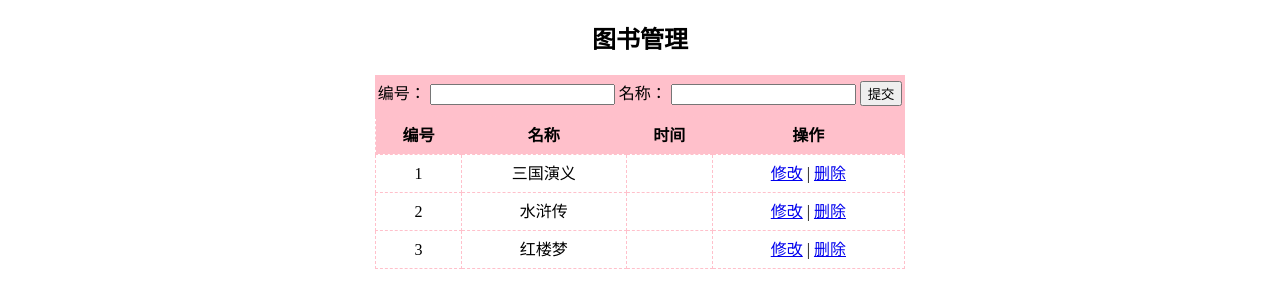
Repository: wjiawei97/FrontEndExercises
Page: 8. book_manegement/index.html
The author's editor kept a copy of each file at every save. The page is drawn from the files as they stood at one save, then again after the next save.
The browser window is 1280 px wide. The pictures show the whole page.

Above is the page before, as saved 2021-08-23 04:58:31.

### 8. book_manegement/index.html
<!DOCTYPE html>
<html lang="en">

<head>
    <meta charset="UTF-8">
    <meta http-equiv="X-UA-Compatible" content="IE=edge">
    <meta name="viewport" content="width=device-width, initial-scale=1.0">
    <title>Document</title>
    <style>
        .grid {
            margin: 0 auto;
            width: 530px;
            text-align: center;
        }

        .grid table {
            width: 100%;
            border-collapse: collapse;
        }

        .grid th {
            background-color: pink;
        }

        .grid th,
        td {
            border: 1px dashed pink;
            height: 35px;
            line-height: 35px;
        }

        .grid .book {
            background-color: pink;
            padding: 5px 0 10px;
        }
    </style>
</head>

<body>
    <div id="app">
        <div class="grid">
            <div>
                <h2>图书管理</h2>
                <div class="book">
                    <label for="id">编号：</label>
                    <input type="text" id="id" v-model='id' :disabled="idFlag" v-focus>
                    <label for="name">名称：</label>
                    <input type="text" id="name" v-model='name'>
                    <button @click='handle'>提交</button>
                </div>
            </div>
            <table>
                <thead>
                    <tr>
                        <th>编号</th>
                        <th>名称</th>
                        <th>时间</th>
                        <th>操作</th>
                    </tr>
                </thead>
                <tbody>
                    <tr :key="item.id" v-for='(item,index) in books'>
                        <td>{{item.id}}</td>
                        <td>{{item.name}}</td>
                        <td>{{item.date}}</td>
                        <td>
                            <a href="#" @click.prevent='toEdit(item.id)'>修改</a>
                            <span>|</span>
                            <a href="#" @click.prevent='toDelete(item.id)'>删除</a>
                        </td>
                    </tr>
                </tbody>
            </table>
        </div>
    </div>
    <script src="https://cdn.jsdelivr.net/npm/vue@2.6.14/dist/vue.js"></script>
    <script>
        //常用特性：自定义指令
        Vue.directive('focus',{
            inserted:function(el){
                el.foucs()
            }
        })
        var vm = new Vue({
            el: '#app',
            data: {
                id: '',
                name: '',
                idFlag: false,
                books: [{
                    id: 1,
                    name: '三国演义',
                    date: ''
                }, {
                    id: 2,
                    name: '水浒传',
                    date: ''
                }, {
                    id: 3,
                    name: '红楼梦',
                    date: ''
                }]
            },
            methods: {
                handle: function () {
                    if (this.idFlag) {
                        //禁用状态，则为修改
                        //在books中根据id查找对应的book
                        this.books.some((item)=>{
                            if(item.id == this.id) {
                                //将修改后的名称赋值给对应的book
                                item.name=this.name
                                return true
                            }
                        })
                        //修改完成后需要将编号的状态取消禁用
                        this.idFlag=false
                    } else {
                        //否则为添加
                        var book = {};
                        book.id = this.id;
                        book.name = this.name;
                        book.date = '';
                        this.books.push(book);
                        this.id = ''
                        this.name = ''
                    }
                    //清空表单
                    this.id=''
                    this.name=''
                },
                toEdit: function (id) {
                    //禁止修改id
                    this.idFlag = true
                    //根据id找book
                    var book = this.books.filter(function (item) {
                        return item.id == id
                    })
                    this.id = book[0].id
                    this.name = book[0].name
                },
                toDelete:function(id){
                    //方法一：利用filter方法把某个book从books中过滤掉
                    this.books=this.books.filter((item)=>{
                        return item.id!=id
                    })
                    //方法二：根据id找到对应的books索引
                    // var index=this.books.findIndex((item)=>{
                    //     return item.id==id
                    // })
                    // this.books.splice(index,1)
                }
            }
        })
    </script>
</body>

</html>

After the next save:
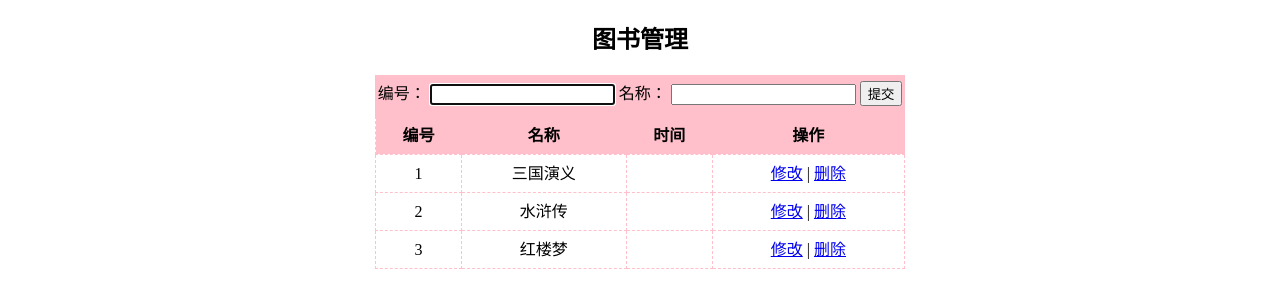
Saved 67 s later.
--- a/8. book_manegement/index.html
+++ b/8. book_manegement/index.html
@@ -78,7 +78,7 @@
         //常用特性：自定义指令
         Vue.directive('focus',{
             inserted:function(el){
-                el.foucs()
+                el.focus()
             }
         })
         var vm = new Vue({
